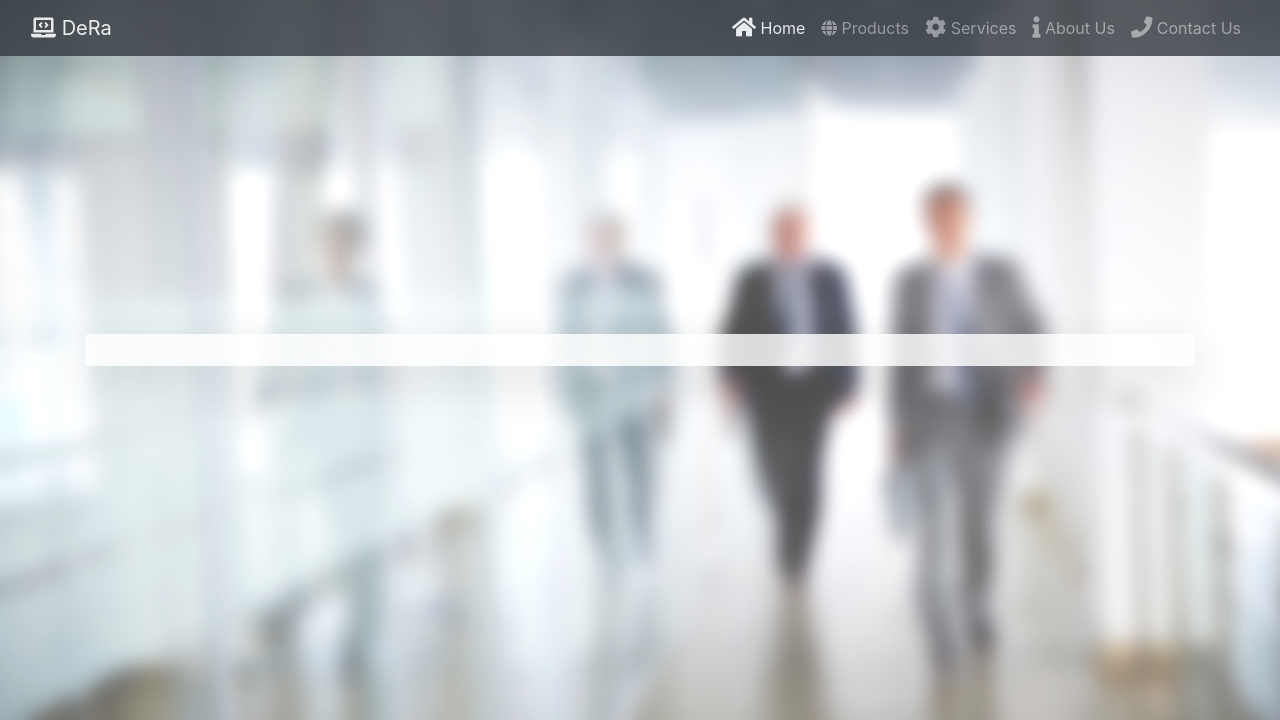
Repository: deividwsantoss/web6201-Lab1
Page: index.html
An editor plug-in stored every save of this project. The page is shown before and after the next save, followed by the edit.
The browser window is 1280 px wide. The pictures show the whole page.

Above is the page before, as saved 2021-03-03 15:20:25.
Console error: ReferenceError: core is not defined

After the next save:
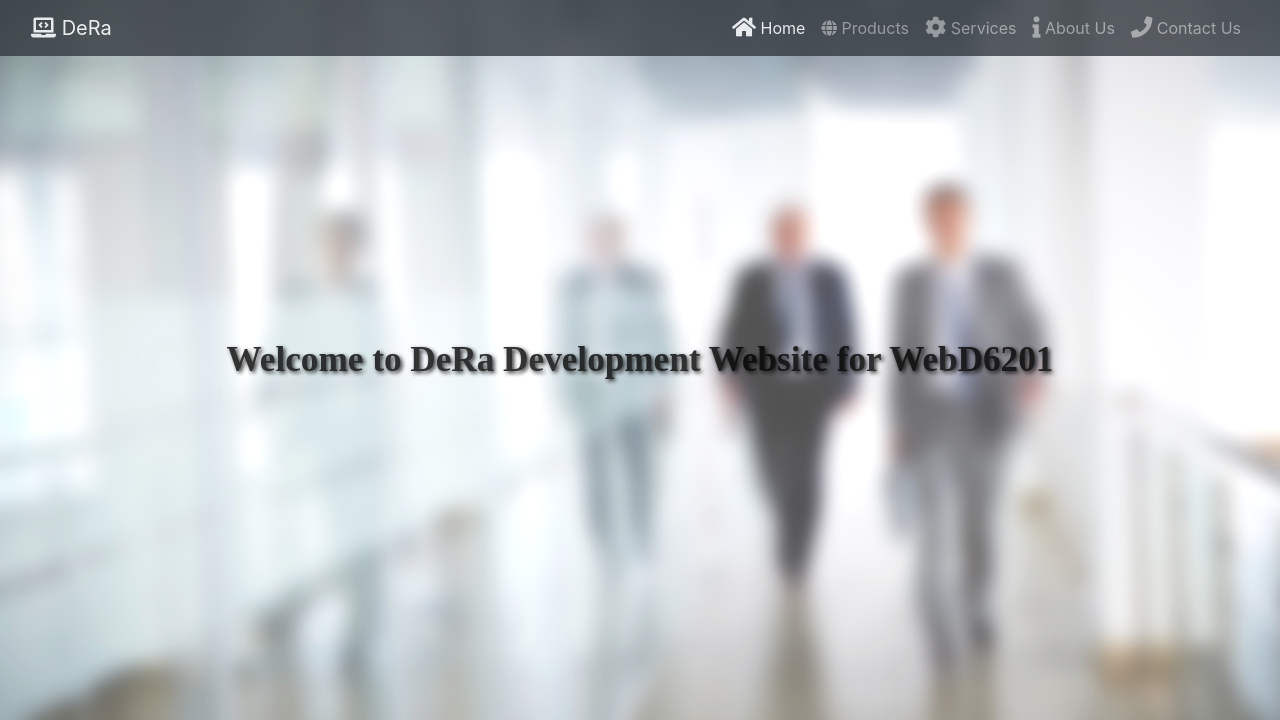
The error is gone.
Saved 20 min 24 s later.
--- a/index.html
+++ b/index.html
@@ -62,6 +62,7 @@
     <!--- Script Section-->
     <script src="./node_modules/jquery/dist/jquery.min.js"></script>
     <script src="./node_modules/bootstrap/dist/js/bootstrap.bundle.min.js"></script>
+    <script src="./Scripts/namespace.js"></script>
     <script src="./Scripts/app.js"></script>
 </body>
 
